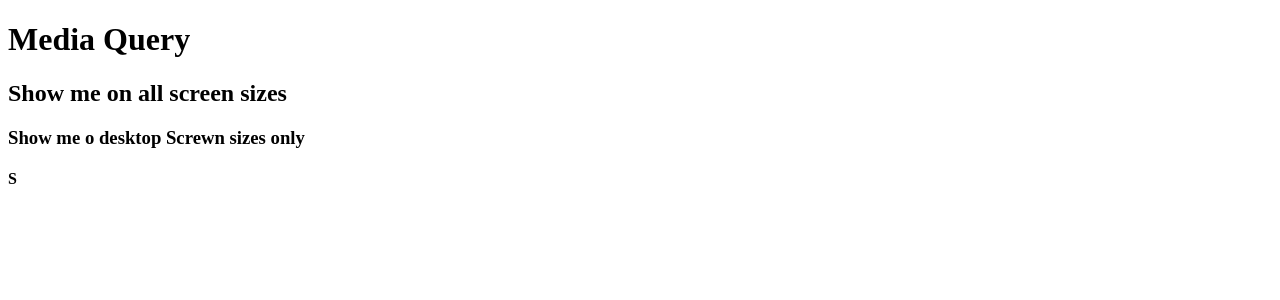
Repository: UnegbuAbigail/3-columns-cards
Page: mediaquery.html
The author's editor kept a copy of each file at every save. The page is drawn from the files as they stood at one save, then again after a run of saves.
The browser window is 1280 px wide. The pictures show the whole page.

Above is the page before, as saved 2024-08-03 15:03:33.

### mediaquery.html
<!DOCTYPE html>
<html lang="en">
<head>
    <meta charset="UTF-8">
    <meta name="viewport" content="width=device-width, initial-scale=1.0">
    <title>Document</title>
</head>
<body>
    <main>
        <h1>Media Query</h1>
        <h2>Show me on all screen sizes</h2>
        <h3>Show me o desktop Screwn sizes only</h3>
        <h4>S</h4>
    </main>
</body>
</html>

After the next 3 saves:
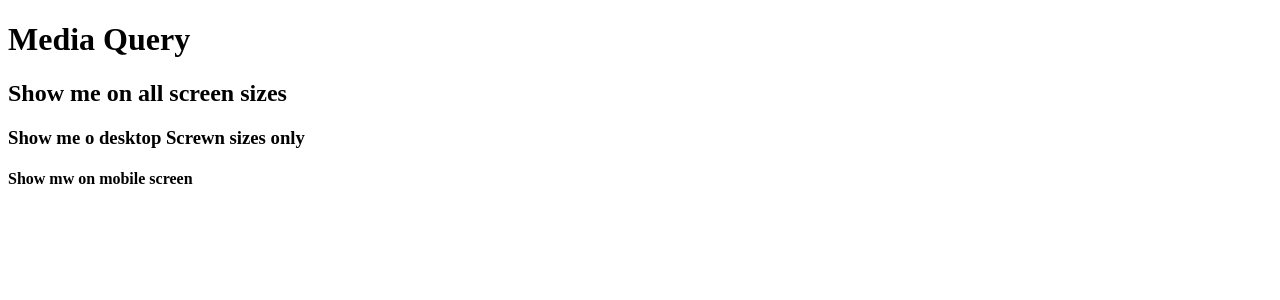
The 3 saves are shown as one change because they came seconds apart.
The last was saved 11 s later.
--- a/mediaquery.html
+++ b/mediaquery.html
@@ -10,7 +10,7 @@
         <h1>Media Query</h1>
         <h2>Show me on all screen sizes</h2>
         <h3>Show me o desktop Screwn sizes only</h3>
-        <h4>S</h4>
+        <h4>Show mw on mobile screen </h4>
     </main>
 </body>
 </html>
